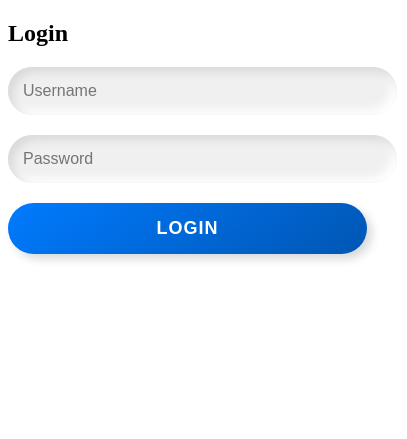
Repository: mdmisri/needy-talk
Page: /login (app in frontend/talk-d1/)
These files come from the project's save history. The page is drawn as it stood at one moment and after the next save; the edit follows.
The browser window is 375 px wide. The page is 407 px wide, then 401 px, so the pictures cover 407 px, including what lies to the right of the window. The pictures show the whole page.
The page's requests for data from a server got no answer. The project was rebuilt for these pictures with package versions that can differ from the ones it lists, and the page was loaded fresh each time. No one was signed in, and anything a server would have sent is missing. Also part of the build but not shown: frontend/talk-d1/src/components/Register/Register.css, frontend/talk-d1/src/components/Register/Register.js, frontend/talk-d1/src/conversationUtils.js, frontend/talk-d1/src/hooks/useConversation.js, frontend/talk-d1/src/components/Chat/styles/Message.css, frontend/talk-d1/src/components/Chat/Message.js, frontend/talk-d1/src/components/Chat/ChatBox.js, frontend/talk-d1/src/components/Chat/AdminChatBox.js and 3 more.

Above is the page before, as saved 2024-07-28 14:48:39.

After the next save:
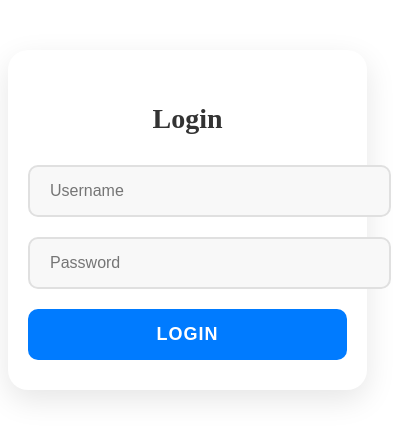
Saved 90 s later.
--- a/frontend/talk-d1/src/components/Login/Login.css
+++ b/frontend/talk-d1/src/components/Login/Login.css
@@ -1,19 +1,35 @@
-/* .login-container .error {
+.login-container {
+    max-width: 400px;
+    margin: 50px auto;
+    padding: 40px;
+    background: #ffffff;
+    border-radius: 20px;
+    box-shadow: 0 10px 30px rgba(0, 0, 0, 0.1);
+    text-align: center;
+}
+
+.login-container h2 {
+    margin-bottom: 30px;
+    color: #333;
+    font-size: 28px;
+    font-weight: 700;
+}
+
+.login-container .error {
     color: #ff3e3e;
     margin-bottom: 15px;
     font-size: 14px;
     font-weight: 500;
-} */
+}
 
 .login-container input[type="text"],
 .login-container input[type="password"] {
     width: 100%;
     margin-bottom: 20px;
-    padding: 15px;
-    border: none;
-    border-radius: 50px;
-    background: #f0f0f0;
-    box-shadow: inset 5px 5px 10px #d9d9d9, inset -5px -5px 10px #ffffff;
+    padding: 15px 20px;
+    border: 2px solid #e0e0e0;
+    border-radius: 10px;
+    background: #f8f8f8;
     font-size: 16px;
     transition: all 0.3s ease;
 }
@@ -21,31 +37,39 @@
 .login-container input[type="text"]:focus,
 .login-container input[type="password"]:focus {
     outline: none;
-    box-shadow: inset 5px 5px 10px #c1c1c1, inset -5px -5px 10px #ffffff;
+    border-color: #007bff;
+    background: #ffffff;
+    box-shadow: 0 0 0 5px rgba(0, 123, 255, 0.1);
 }
+
 .login-container button {
     width: 100%;
     padding: 15px;
-    background: linear-gradient(145deg, #007bff, #0056b3);
+    background: #007bff;
     color: #fff;
     border: none;
-    border-radius: 50px;
+    border-radius: 10px;
     cursor: pointer;
     font-size: 18px;
     font-weight: 600;
     text-transform: uppercase;
     letter-spacing: 1px;
     transition: all 0.3s ease;
-    box-shadow: 5px 5px 10px #d9d9d9, -5px -5px 10px #ffffff;
 }
 
 .login-container button:hover {
-    background: linear-gradient(145deg, #0056b3, #004494);
+    background: #0056b3;
     transform: translateY(-3px);
-    box-shadow: 7px 7px 15px #d9d9d9, -7px -7px 15px #ffffff;
+    box-shadow: 0 5px 15px rgba(0, 86, 179, 0.3);
 }
 
 .login-container button:active {
     transform: translateY(0);
-    box-shadow: 3px 3px 5px #d9d9d9, -3px -3px 5px #ffffff;
+    box-shadow: none;
 }
+
+@media (max-width: 480px) {
+    .login-container {
+        padding: 30px 20px;
+    }
+}
